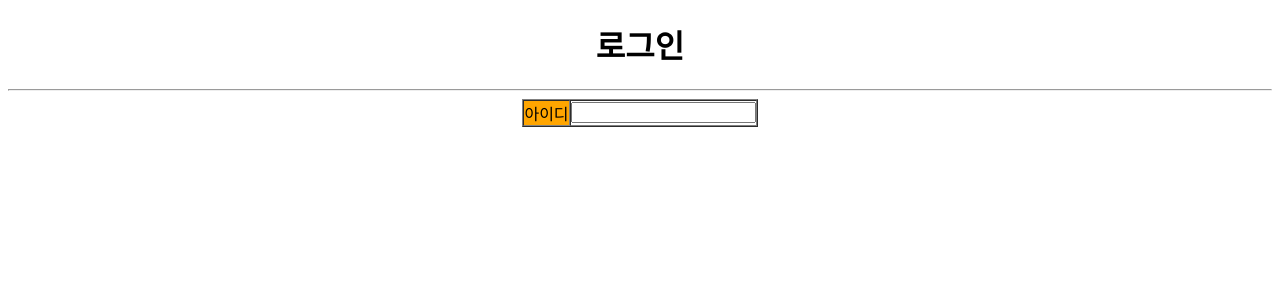
Repository: kong980/EclipseWork
Page: ServletTest3/src/main/webapp/Index.html
These files come from the project's save history. The page is drawn as it stood at one moment and after the next save; the edit follows.
The browser window is 1280 px wide. The pictures show the whole page.

Above is the page before, as saved 2023-09-14 03:09:51.

### ServletTest3/src/main/webapp/Index.html
<!DOCTYPE html>
<html>
<head>
<meta charset="UTF-8">
<title>로그인</title>
</head>
<body>
	<center>
		<h1>로그인</h1>
		<hr>
		<form action="#" method="post">
			<table border="1" cellpadding="0" cellspacing="0">
				<tr>
					<td bgcolor="orange">아이디</td>
					<td><input type="text" name="id"/></td>
				</tr>
			</table>
		</form>
	</center>
</body>
</html>

After the next save:
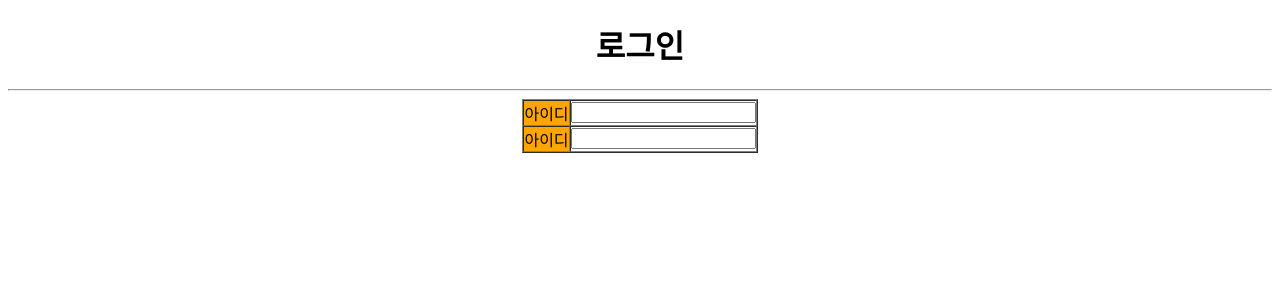
Saved 10 s later.
--- a/ServletTest3/src/main/webapp/Index.html
+++ b/ServletTest3/src/main/webapp/Index.html
@@ -14,6 +14,10 @@
 					<td bgcolor="orange">아이디</td>
 					<td><input type="text" name="id"/></td>
 				</tr>
+				<tr>
+					<td bgcolor="orange">아이디</td>
+					<td><input type="text" name="id"/></td>
+				</tr>
 			</table>
 		</form>
 	</center>
